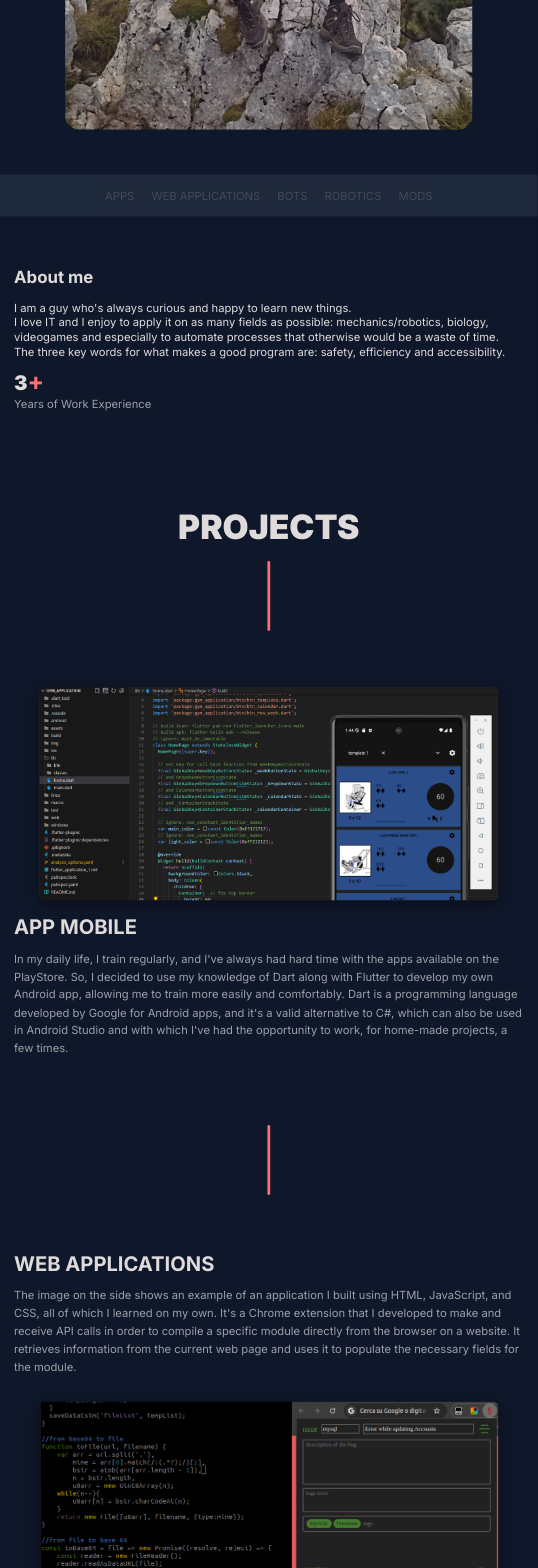
Repository: EnricoCalabrese/EnricoCalabrese.github.io
Page: index.html
An editor plug-in stored every save of this project. The page is shown before and after the next save, followed by the edit.
The browser window is 768 px wide. The pictures show the part of the page from y = 1035 to 3275 px (the page is 6144 px tall before and 6204 px after), at 70% of full size.

Above is the page before, as saved 2025-07-26 09:14:17.

### index.html
<!DOCTYPE html>
<html lang="en">
<!DOCTYPE html>
<html lang="en">
<head>
  <meta charset="UTF-8" />
  <meta name="viewport" content="width=device-width, initial-scale=1.0" />
  <title>EC - Developer portfolio</title>
  <link href="https://fonts.googleapis.com/css2?family=Inter:wght@400;700;900&display=swap" rel="stylesheet">
  <style>
    * {
      box-sizing: border-box;
    }

    :root {
      --color-bg: #0f172a;
      --color-bg-alt: #1e293b;
      --color-primary: #f87171;
      --color-white: #dfdbdb;
      --color-white-transparent: rgba(255, 255, 255, 0.158);
      --color-white-semi: rgba(255, 255, 255, 0.589);

      --font-family: 'Inter', sans-serif;

      --space-xs: 10px;
      --space-sm: 15px;
      --space-md: 20px;
      --space-lg: 60px;
      --space-xl: 80px;

      --font-lg: 1.8rem;
      --font-xl: 3rem;
      --font-xxl: 35px;

      --radius-sm: 6px;
      --radius-md: 8px;
      --radius-lg: 20px;
    }

    body {
      margin: 0;
      font-family: var(--font-family);
      background-color: var(--color-bg);
      color: var(--color-white);
      word-wrap: break-word;
    }

    header, section {
      padding: var(--space-lg) var(--space-md);
      max-width: 1200px;
      margin: auto;
    }

    nav {
      display: flex;
      justify-content: space-between;
      align-items: center;
      padding: var(--space-md);
    }

    nav a {
      color: var(--color-white);
      margin: 0 var(--space-sm);
      text-decoration: none;
    }

    .header {
      display: flex;
      flex-wrap: wrap;
      align-items: center;
      justify-content: space-between;
    }

    .header-text {
      max-width: 500px;
    }

    .header-text h1 {
      font-size: var(--font-xl);
      margin: 0;
    }

    .buttons {
      margin-top: var(--space-md);
    }

    .buttons button {
      margin-right: var(--space-sm);
      padding: var(--space-xs) var(--space-md);
      border: none;
      border-radius: var(--radius-sm);
      cursor: pointer;
      font-weight: bold;
    }

    .btn-primary {
      background-color: var(--color-primary);
      color: var(--color-white);
    }

    .btn-primary:hover {
      color: var(--color-bg);
    }

    .btn-secondary {
      background-color: transparent;
      border: 2px solid var(--color-primary) !important;
      color: var(--color-white);
    }

    .btn-secondary:hover {
      color: var(--color-primary);
    }

    .page {
      display: none;
      position: fixed;
      z-index: 1000;
      left: 0;
      top: 0;
      width: 100%;
      height: 100%;
      overflow: auto;
      background-color: rgba(15, 23, 42, 0.9);
      font-family: var(--font-family);
    }

    .page-content {
      background-color: var(--color-bg-alt);
      margin: 10% auto;
      padding: var(--space-md);
      border-radius: var(--radius-lg);
      max-width: 400px;
      color: var(--color-white);
      box-shadow: 0 5px 20px rgba(0,0,0,0.6);
      text-align: center;
      position: relative;
    }

    .close-btn {
      color: var(--color-white);
      position: absolute;
      right: 15px;
      top: 10px;
      font-size: 28px;
      font-weight: bold;
      cursor: pointer;
    }

    .close-btn:hover {
      color: var(--color-primary);
    }

    .email-wrapper {
      margin-top: var(--space-md);
      display: flex;
      justify-content: center;
      gap: var(--space-xs);
    }

    .email-wrapper input {
      flex: 1;
      padding: var(--space-xs);
      border-radius: var(--radius-sm);
      border: none;
      background-color: var(--color-bg);
      color: var(--color-white);
      font-weight: bold;
      font-size: 1rem;
    }

    .email-wrapper button {
      background-color: var(--color-primary);
      border: none;
      border-radius: var(--radius-sm);
      color: var(--color-bg);
      cursor: pointer;
      font-weight: bold;
      padding: var(--space-xs) var(--space-md);
      transition: background-color 0.3s ease;
    }

    .email-wrapper button:hover {
      background-color: #ef4444;
    }

    .profile-img {
      width: 300px;
      border-radius: var(--radius-lg);
    }

    .skills-wrapper {
      position: relative;
      padding: var(--space-lg) 0;
      background-color: var(--color-bg);
      margin-top: -3.5rem;
    }

    .skills-wrapper::before {
      content: "";
      position: absolute;
      top: 50%;
      width: 100%;
      height: 60px;
      background-color: var(--color-bg-alt);
      transform: translateY(-50%);
      z-index: 0;
    }

    .skills {
      position: relative;
      z-index: 1;
      text-align: center;
    }

    .skills a {
      text-decoration: none;
      color: var(--color-white-transparent);
      background-color: var(--color-bg-alt);
      padding: var(--space-xs) 5%;
      display: inline-block;
      margin: var(--space-xs);
      cursor: pointer;
      transition: color 0.3s ease;
    }

    .skills a:hover, .shortcuts a:hover {
      color: var(--color-primary);
    }

    .about {
      display: flex;
      flex-wrap: wrap;
      justify-content: space-between;
      align-items: center;
      padding: 0 var(--space-md);
      background-color: var(--color-bg);
      margin-top: -1%;
    }

    .about-text {
      flex: 0 0 50%;
      max-width: 600px;
    }

    .stat {
      flex: 0 0 50%;
    }

    .stat-number {
      font-size: var(--font-lg);
      font-weight: 900;
      color: var(--color-white);
      display: flex;
      align-items: baseline;
    }

    .stat-number .plus {
      color: var(--color-primary);
      font-size: var(--font-xxl);
      font-weight: 700;
      line-height: 1;
      margin-top: -2%;
    }

    .stat-text {
      color: var(--color-white-semi);
      margin-top: 2px;
    }

    .projects-section {
      padding: var(--space-xl) var(--space-md);
      text-align: center;
      position: relative;
    }

    .projects-title {
      font-size: var(--font-xl);
      color: var(--color-white);
      margin-bottom: var(--space-md);
      font-weight: 900;
    }

    .vertical-divider {
      width: 4px;
      height: 100px;
      background-color: var(--color-primary);
      margin: 0 auto var(--space-xl);
      border-radius: 2px;
    }

    .project-block {
      display: flex;
      align-items: center;
      justify-content: center;
      margin: var(--space-xl) auto;
      max-width: 900px;
      gap: var(--space-md);
      flex-wrap: wrap;
      flex-direction: row;
    }

    .project-img {
      width: 300px;
      border-radius: var(--radius-md);
      box-shadow: 0 5px 20px rgba(0,0,0,0.4);
    }

    .project-description {
      max-width: 400px;
      text-align: left;
    }

    .project-description h3 {
      font-size: var(--font-lg);
      color: var(--color-white);
      margin: 0 0 var(--space-xs);
    }

    .project-description p {
      color: var(--color-white-semi);
      line-height: 1.6;
    }

    .simple-text {
      line-height: 1.3;
    }

    footer {
      text-align: center;
      padding: var(--space-md);
      background-color: var(--color-bg-alt);
    }

    #image-container {
      display: block;
      position: fixed;
      z-index: 1500;
      left: 0;
      top: 0;
      width: 100%;
      height: 100%;
      background-color: rgba(15, 23, 42, 0.95);
      display: flex;
      justify-content: center;
      align-items: center;
      cursor: zoom-out;
    }

    #image-container .page-content {
      background: none;
      box-shadow: none;
      max-width: 90%;
      max-height: 90%;
      padding: 0;
      position: relative;
      display: flex;
      justify-content: center;
      align-items: center;
    }

    #image-container img {
      max-width: 100%;
      max-height: 100%;
      border-radius: var(--radius-lg);
      pointer-events: none;
    }

    #ref {
      display: block;
      position: relative;
      top: -80px;
      visibility: hidden;
      height: 0;
      width: 0;
      overflow: hidden;
    }

    /* mobile settings */
    @media (max-width: 768px) {
      nav {
        flex-direction: column;
        align-items: flex-start;
      }

      .header {
        flex-direction: column;
        align-items: center;
        text-align: center;
      }

      .header-text {
        max-width: 100%;
      }

      .buttons {
        display: flex;
        flex-direction: column;
        align-items: center;
      }

      .buttons button {
        margin-bottom: var(--space-xs);
        width: 80%;
      }

      .profile-img {
        width: 80%;
        margin-top: var(--space-md);
      }

      .about {
        flex-direction: column;
        align-items: flex-start;
        gap: var(--space-md);
      }

      .about-text, .stat {
        flex: 1 1 100%;
        max-width: 100%;
      }

      .project-block {
        flex-direction: column !important;
        text-align: center;
      }

      .project-description {
        max-width: 100%;
      }

      .project-img {
        width: 90%;
      }

      .email-wrapper {
        flex-direction: column;
        gap: var(--space-xs);
      }

      .email-wrapper input,
      .email-wrapper button {
        width: 100%;
      }

      .skills {
        position: relative;
        z-index: 1;
        text-align: center;
      }

      .skills a {
        text-decoration: none;
        color: var(--color-white-transparent);
        background-color: var(--color-bg-alt);
        padding: var(--space-xs) 0;
        display: inline-block;
        cursor: pointer;
        transition: color 0.3s ease;
      }
    }
  </style>
</head>
<body>
  <nav>
    <div><strong>Enrico Calabrese</strong></div>
    <div class="shortcuts">
      <a href="#about" class="scroll-link">About</a>
      <a href="https://www.linkedin.com/in/enrico-calabrese-4961b4376/">Linkedin</a>
    </div>
  </nav>

  <header class="header">
    <div class="header-text">
      <p>Hello,</p>
      <h1>I'm Enrico<br><strong>Software Developer</strong></h1>
      <div class="buttons">
        <button class="btn-primary" id="contacts">Contacts</button>
        <button class="btn-secondary" id="myresume">My resume</button>
      </div>
    </div>
    <img src="source/profile.jpg" alt="photo" class="profile-img" onerror="this.style.display='none'">
  </header>

  <div id="contact-page" class="page">
    <div class="page-content">
      <span class="close-btn">&times;</span>
      <h2>Contact Me</h2>
      <p>Email:</p>
      <div class="email-wrapper">
        <input type="text" id="email" readonly value="enricocalabrese21@gmail.com" />
        <button id="copy-email">Copy</button>
      </div>
      <p id="copy-message" style="color: var(--color-primary); display: none;">Copied to clipboard!</p>
    </div>
  </div>

  <div class="skills-wrapper">
    <div class="skills">
      <a href="#app" class="scroll-link">APPS</a>
      <a href="#web" class="scroll-link">WEB APPLICATIONS</a>
      <a href="#bots" class="scroll-link">BOTS</a>
      <a href="#robots" class="scroll-link">ROBOTICS</a>
      <a href="#mods" class="scroll-link">MODS</a>
    </div>
  </div>
  <span id="ref"></span>

  <section id="about" class="about">
    <div class="about-text">
      <h2>About me</h2>
      <p class="simple-text">
        I am a guy who's always curious and happy to learn new things.<br>
        I love IT and I enjoy to apply it on as many fields as possible: mechanics/robotics, biology, videogames and especially to automate processes that otherwise would be a waste of time.<br>
        The three key words for what makes a good program are: safety, efficiency and accessibility.
      </p>
      <div class="stat">
        <div class="stat-number"><span class="plus">+</span></div>
        <p class="stat-text">Years of Work Experience</p>
      </div>
    </div>
  </section>

  <section class="projects-section">
    <h2 class="projects-title">PROJECTS</h2>
    <div class="vertical-divider"></div>

    <div class="project-block">
      <img src="source/project1.png" alt="Project 1" class="project-img" onerror="this.style.display='none'">
      <div class="project-description" id="app">
        <h3>APP MOBILE</h3>
        <p>In my daily life, I train regularly, and I've always had hard time with the apps available on the PlayStore.
          So, I decided to use my knowledge of Dart along with Flutter to develop my own Android app, allowing me to train more easily and comfortably.
            Dart is a programming language developed by Google for Android apps, and it's a valid alternative to C#, which can also be used in Android Studio
            and with which I've had the opportunity to work, for home-made projects, a few times.</p>
      </div>
    </div>
    <div class="vertical-divider"></div>

    <div class="project-block">
      <div class="project-description" id="web">
        <h3>WEB APPLICATIONS</h3>
        <p>The image on the side shows an example of an application I built using HTML, JavaScript, and CSS, all of which I learned on my own.
          It's a Chrome extension that I developed to make and receive API calls in order to compile a specific module directly from the browser on a website.
          It retrieves information from the current web page and uses it to populate the necessary fields for the module.</p>
      </div>
      <img src="source/project2.png" alt="Project 2" class="project-img" onerror="this.style.display='none'">
    </div>
    <div class="vertical-divider"></div>

    <div class="project-block">
      <img src="source/project3.png" alt="Project 3" class="project-img" onerror="this.style.display='none'">
      <div class="project-description" id="bots">
        <h3>PYTHON-BASED BOTS</h3>
        <p>Python is one of the best and most versatile programming languages available today, and it's excellent for creating bots.
          The image on the side shows a Discord bot I created. Discord is a free communication app used to chat and hang out with your favorite creators, communities, and friends.
            The bot I made to allows users, through simple commands in the chat, to play the game "Blood on the Clocktower" with others in a voice channel.
            This game is a more complex version of the famous game Werewolf (Italian: Lupus in Fabula).
            Using Python, I also created a Telegram bot in order to remotely manage a machine that I set up as a hosting server.
        </p>
      </div>
    </div>
    <div class="vertical-divider"></div>

    <div class="project-block">
      <div class="project-description" id="robots">
        <h3>ROBOTICS & AUTOMATION</h3>
        <p>Since high school, I've always had an interest in automation, and I find it super fun to animate robots and apply computer science to something that can moves.
          A few years ago, I took on the challenge of building a drone from scratch and programming it in C++. I developed calculation functions which, thanks to the input from various sensors,
          were able to determine the necessary speed for each individual motor to stabilize the drone through the appropriate output signals.
        </p>
      </div>
      <img src="source/project4.png" alt="Project 4" class="project-img" onerror="this.style.display='none'">
    </div>
    <div class="vertical-divider"></div>

    <div class="project-block">
      <img src="source/project5.png" alt="Project 5" class="project-img" onerror="this.style.display='none'">
      <div class="project-description" id="mods">
        <h3>VIDEOGAMES MODS</h3>
        <p>Programming a video game mod is a great way to develop both technical and creative skills. It allows you to improve your coding abilities, and understand the architecture of complex systems.
            Modding combines passion and practice, which is why I started programming, first with Java and later with .mcfunction, to create mods and datapacks for the game Minecraft.
        </p>
      </div>
    </div>
  </section>

  <div id="image-container" class="page">
    <div class="page-content">
      <img id="zoomed-img" src="" alt="zoomed" />
    </div>
  </div>

  <footer>
  </footer>

  <script>
    // manage image zoom
    const zoomed = document.getElementById('image-container');
    document.querySelectorAll('.project-img').forEach(img => {
      img.addEventListener('click', () => {
        document.getElementById('zoomed-img').src = img.src;
        zoomed.style.display = 'flex';
      });
    });

    zoomed.addEventListener('click', (e) => { // on click out of the page
      if (e.target === zoomed) {
        zoomed.style.display = 'none';
      }
    });

    window.onload = () => {
      zoomed.style.display = 'none';
    };

    // manage new window contacts
    const page = document.getElementById('contact-page');
    const emailInput = document.getElementById('email');
    const copyMessage = document.getElementById('copy-message');

    document.getElementById('contacts').addEventListener('click', () => {
      page.style.display = 'block';
      copyMessage.style.display = 'none';
    });

    page.querySelector('.close-btn').addEventListener('click', () => {
      page.style.display = 'none';
    });

    window.addEventListener('click', (e) => { // on click out of the page
      if (e.target === page) {
        page.style.display = 'none';
      }
    });

    document.getElementById('copy-email').addEventListener('click', () => {
      emailInput.select();
      emailInput.setSelectionRange(0, 99999);
      try {
        // use document.execCommand for broader browser support in iFrames
        const successful = document.execCommand('copy');
        if (successful) {
          copyMessage.style.display = 'block';
          setTimeout(() => copyMessage.style.display = 'none', 2000);
        }
      } catch (err) {
        console.error('Failed to copy email: ', err);
      }
    });

    // auto scroll the page to the top when open
    window.onbeforeunload = function () {
      window.scrollTo(0, 0);
    };

    // scroll page on center when click a link, normal href set the page on top
    document.querySelectorAll('.scroll-link').forEach(link => {
      link.addEventListener('click', function(e) {
        e.preventDefault();
        const targetId = this.getAttribute('href').substring(1);
        const targetElem = document.getElementById(targetId);
        if (targetElem) {
          const elemRect = targetElem.getBoundingClientRect();
          const maxElemTop = window.pageYOffset + elemRect.top;
          const middle = maxElemTop - (window.innerHeight / 2) + (elemRect.height / 2);

          window.scrollTo({
            top: middle,
            behavior: 'smooth'
          });
        }
      });
    });

    // setup experience years based on current year
    const statNum = document.querySelector('.stat-number');
    if (statNum) {
      const startDate = new Date('2021-09-27');
      const now = new Date();
      const diffYears = (now - startDate) / (1000 * 60 * 60 * 24 * 365.25);
      const roundedYears = Math.floor(diffYears);
      statNum.innerHTML = `${roundedYears}<span class="plus">+</span>`;
    }

    // link to resume when click "my resume" button
    document.getElementById('myresume').addEventListener('click', function () {
      const link = document.createElement('a');
      link.href = 'source/resume.pdf';
      link.download = 'Enrico-Calabrese-Resume.pdf';
      document.body.appendChild(link);
      link.click();
      document.body.removeChild(link);
    });
  </script>
</body>
</html>

After the next save:
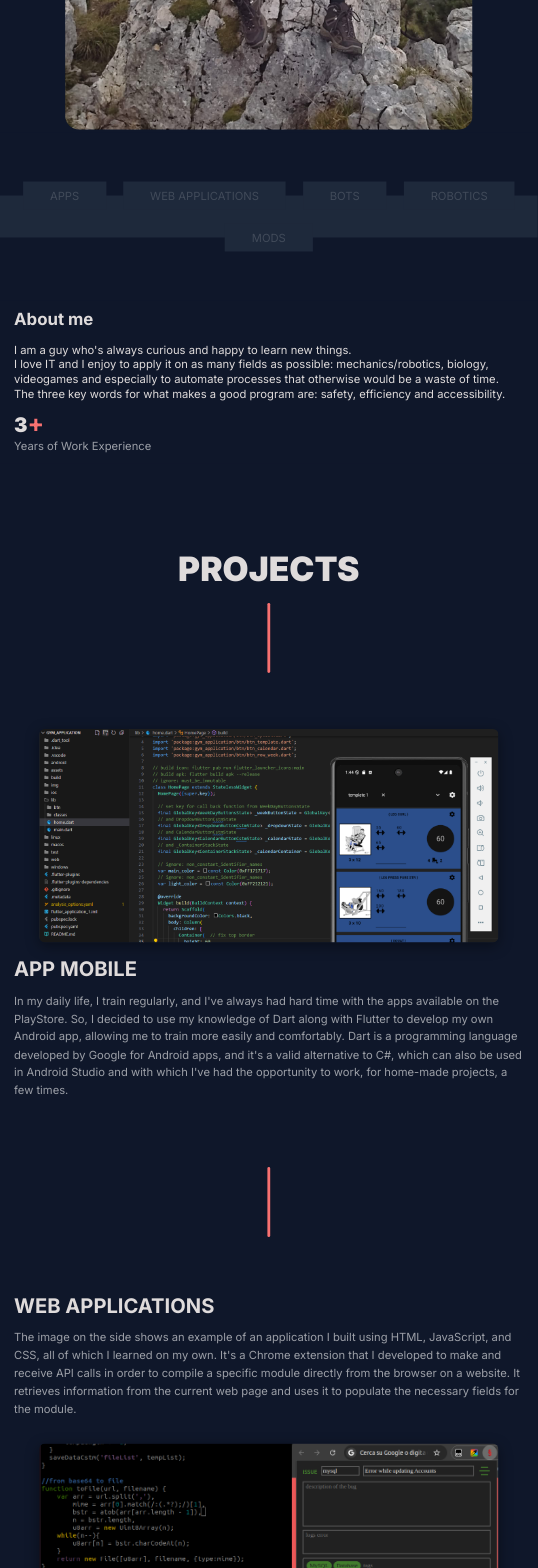
Saved 28 s later.
--- a/index.html
+++ b/index.html
@@ -453,7 +453,6 @@
         text-decoration: none;
         color: var(--color-white-transparent);
         background-color: var(--color-bg-alt);
-        padding: var(--space-xs) 0;
         display: inline-block;
         cursor: pointer;
         transition: color 0.3s ease;

After the save that followed:
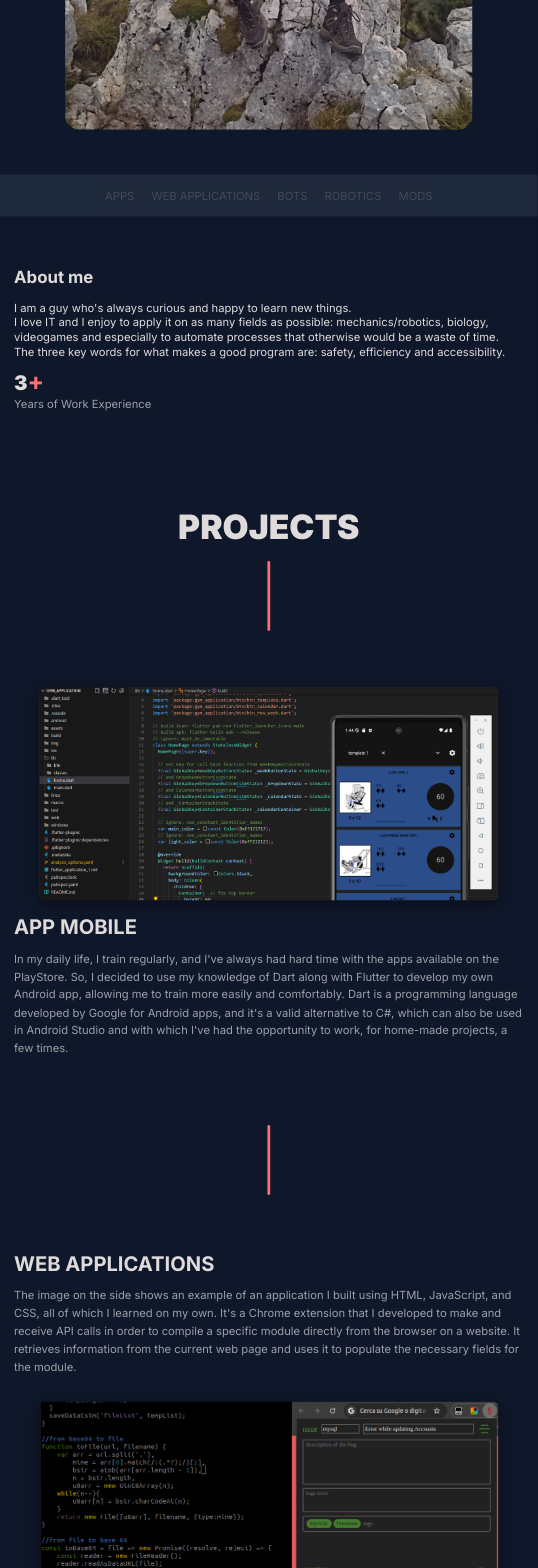
Saved 5 s later.
--- a/index.html
+++ b/index.html
@@ -453,6 +453,7 @@
         text-decoration: none;
         color: var(--color-white-transparent);
         background-color: var(--color-bg-alt);
+        padding: var(--space-xs) 0;
         display: inline-block;
         cursor: pointer;
         transition: color 0.3s ease;
